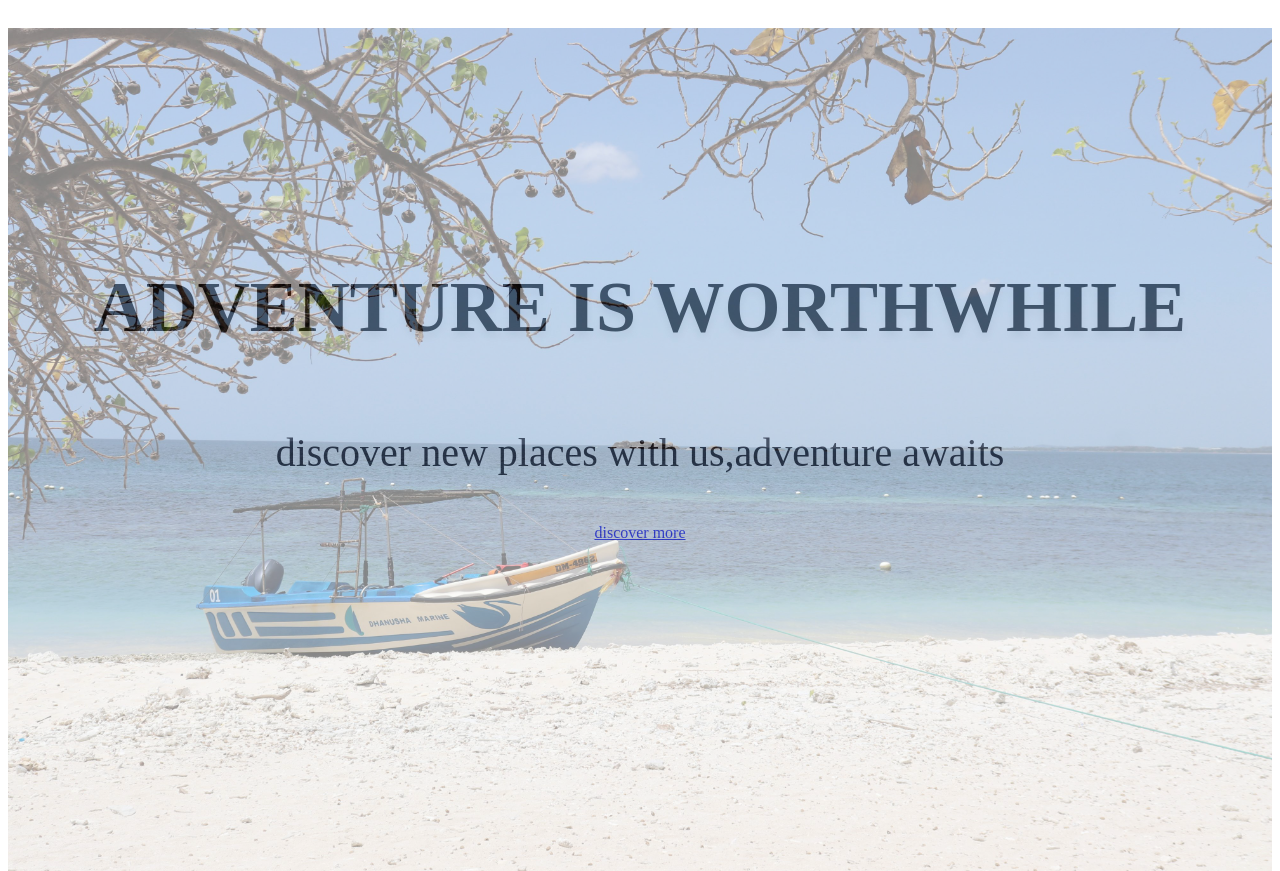
Repository: KasunInd27/Ceylon-Journey
Page: Home/home.html
The author's editor kept a copy of each file at every save. The page is drawn from the files as they stood at one save, then again after the next save.
The browser window is 1280 px wide. The pictures show the whole page.

Above is the page before, as saved 2024-10-05 13:36:41.
Console error: SyntaxError: Unexpected token '<'

After the next save:
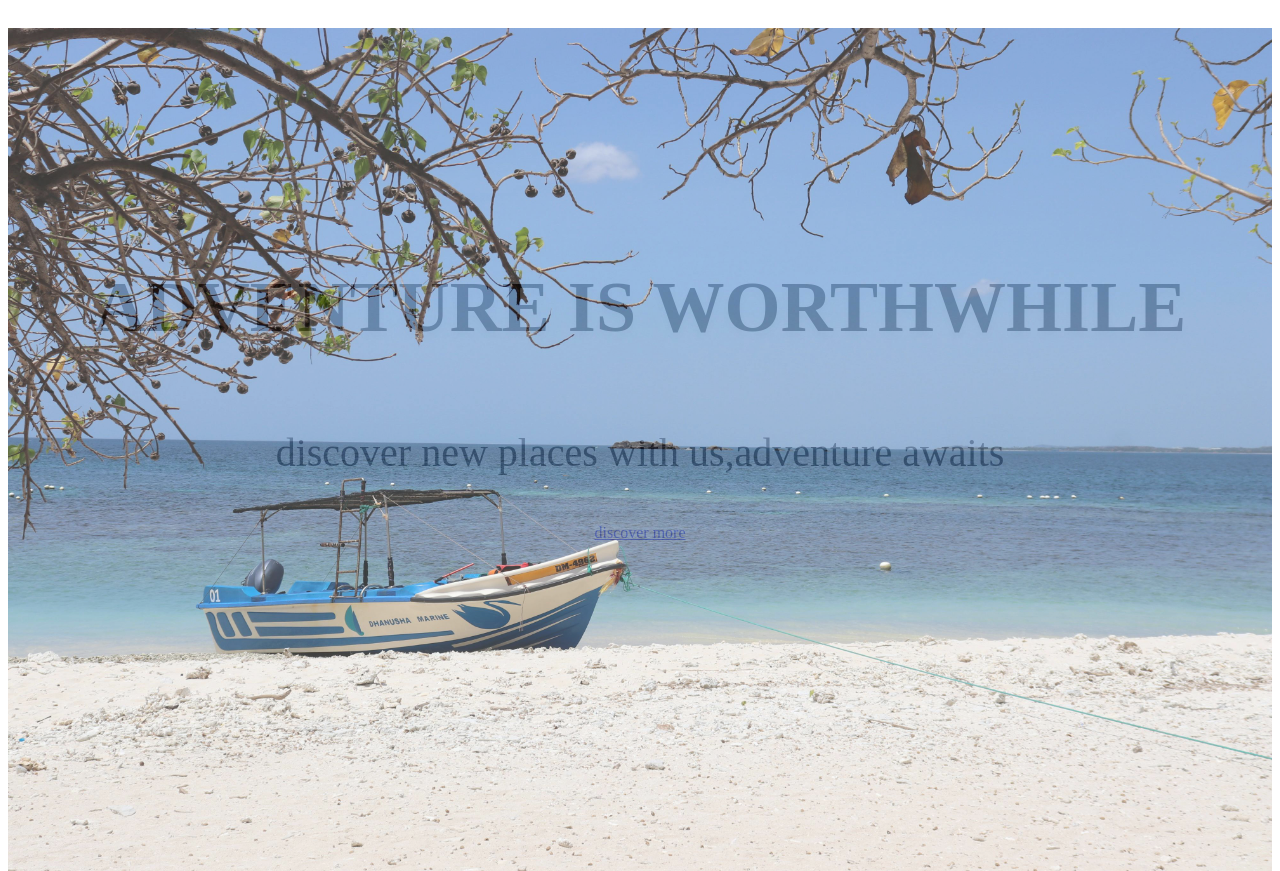
Saved 57 s later.
--- a/Home/CSS/home.css
+++ b/Home/CSS/home.css
@@ -73,5 +73,5 @@
     position:absolute;
     width: 100%;
     height: 50%;
-    opacity: 0.50;
+    opacity: 0.80;
 }
